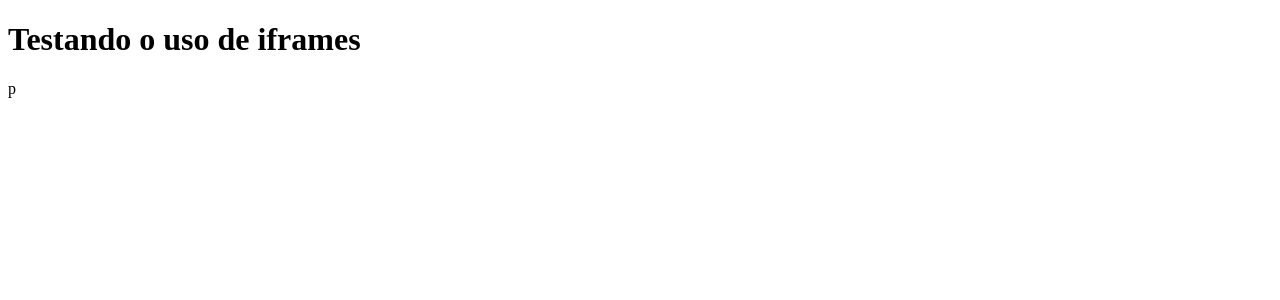
Repository: Leonngc/html-css
Page: ex024/index.html
An editor plug-in stored every save of this project. The page is shown before and after the next save, followed by the edit.
The browser window is 1280 px wide. The pictures show the whole page.

Above is the page before, as saved 2022-11-15 17:55:38.

### ex024/index.html
<!DOCTYPE html>
<html lang="pt-br">
<head>
    <meta charset="UTF-8">
    <meta http-equiv="X-UA-Compatible" content="IE=edge">
    <meta name="viewport" content="width=device-width, initial-scale=1.0">
    <title>Estudos iframe</title>
</head>
<body>
    <h1>Testando o uso de iframes</h1>
    p
</body>
</html>

After the next save:
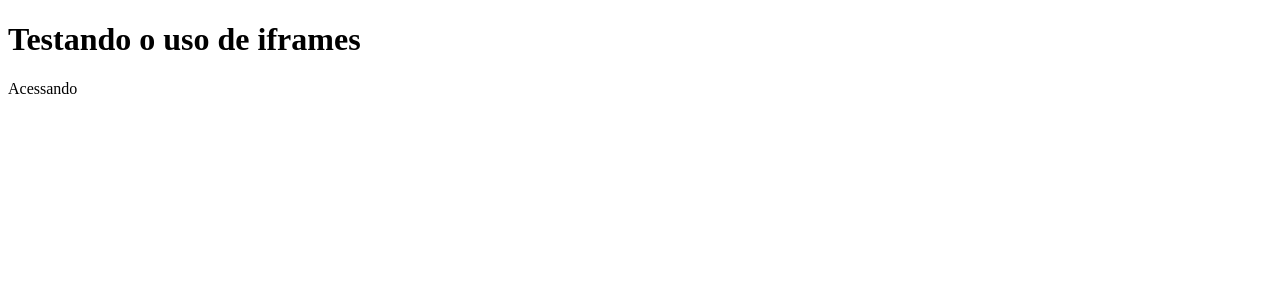
Saved 7 s later.
--- a/ex024/index.html
+++ b/ex024/index.html
@@ -8,6 +8,6 @@
 </head>
 <body>
     <h1>Testando o uso de iframes</h1>
-    p
+    <p>Acessando</p>
 </body>
 </html>
